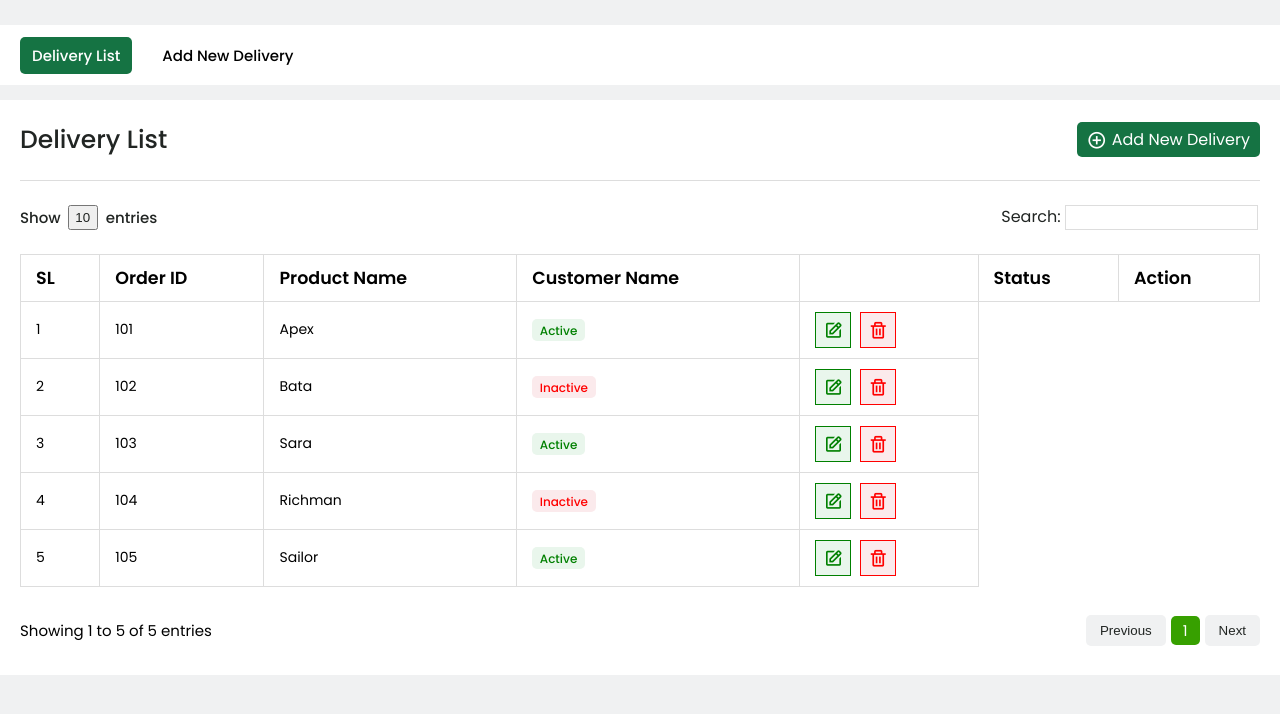
Repository: codebyaddro/delivery-page
Page: delivery.html
An editor plug-in stored every save of this project. The page is shown before and after a run of saves, followed by the edit.
The browser window is 1280 px wide. The pictures show the whole page.

Above is the page before, as saved 2025-02-27 13:52:08.

### delivery.html
<!DOCTYPE html>
<html lang="en">
<head>
    <meta charset="UTF-8">
    <meta name="viewport" content="width=device-width, initial-scale=1.0">
    <link rel="stylesheet" href="/delivery.css">
    <link href='https://unpkg.com/boxicons@2.1.4/css/boxicons.min.css' rel='stylesheet'>
    <title>Document</title>
</head>
<body>
    <div class="brand-container">
        <div class="top-menus">
            <ul>
                <li><a href="/index.html" class="active-menu">Delivery List</a></li>
                <li><a href="/inner-page/html/anb.html" class="light-up">Add New Delivery</a></li>
            </ul>
        </div>
        <div class="list-container">
            <div class="heading-add-new-btn">
                <div class="heading">
                    <h2>Delivery List</h2>
                </div>
                <div class="add-new-btn">
                    <i class='add-icon bx bx-plus-circle'></i>
                    <a href="/inner-page/html/anb.html">Add New Delivery</a>
                </div>
            </div>
            <div class="list-short-dpdwn-search-box">
                <div class="list-short-dpdwn">
                    <h3>Show</h3>
                    <select name="10" id="">
                        <option value="">10</option>
                        <option value="">20</option>
                        <option value="">30</option>
                        <option value="">All</option>
                    </select>
                    <h3>entries</h3>
                </div>
                <div class="search-box">
                    <legend>Search: <input type="text"></legend>
                </div>
            </div>
            <div class="table-list">
                <table>
                    <thead>
                        <tr>
                            <th title="SL">SL</th>
                            <th title="Code">Order ID</th>
                            <th title="Code">Product Name</th>
                            <th title="Code">Customer Name</th>
                            <th title="Category Name"></th>
                            <th title="Status">Status</th>
                            <th title="Action">Action</th>
                        </tr>
                    </thead>
                    <tbody>
                        <tr>
                            <td>1</td>
                            <td>101</td>
                            <td>Apex</td>
                            <td><span class="active">Active</span></td>
                            <td>
                                <a title="Edit" href="#"><i class='edit-icon bx bx-edit'></i></a>
                                <a title="Delete" href="#"><i class='delete-icon bx bx-trash'></i></a>
                            </td>
                        </tr>
                        <tr>
                            <td>2</td>
                            <td>102</td>
                            <td>Bata</td>
                            <td><span class="inactive">Inactive</span></td>
                            <td>
                                <a title="Edit" href="#"><i class='edit-icon bx bx-edit'></i></a>
                                <a title="Delete" href="#"><i class='delete-icon bx bx-trash'></i></a>
                            </td>
                        </tr>
                        <tr>
                            <td>3</td>
                            <td>103</td>
                            <td>Sara</td>
                            <td><span class="active">Active</span></td>
                            <td>
                                <a title="Edit" href="#"><i class='edit-icon bx bx-edit'></i></a>
                                <a title="Delete" href="#"><i class='delete-icon bx bx-trash'></i></a>
                            </td>
                        </tr>
                        <tr>
                            <td>4</td>
                            <td>104</td>
                            <td>Richman</td>
                            <td><span class="inactive">Inactive</span></td>
                            <td>
                                <a title="Edit" href="#"><i class='edit-icon bx bx-edit'></i></a>
                                <a title="Delete" href="#"><i class='delete-icon bx bx-trash'></i></a>
                            </td>
                        </tr>
                        <tr>
                            <td>5</td>
                            <td>105</td>
                            <td>Sailor</td>
                            <td><span class="active">Active</span></td>
                            <td>
                                <a title="Edit" href="#"><i class='edit-icon bx bx-edit'></i></a>
                                <a title="Delete" href="#"><i class='delete-icon bx bx-trash'></i></a>
                            </td>
                        </tr>
                    </tbody>
                </table>
            </div>
            <div class="entries-details-list-page-btn">
                <div class="entries-details">
                    Showing <span>1</span> to <span>5</span> of <span>5</span> entries
                </div>
                <div class="list-page-btn">
                    <button>Previous</button>
                    <h4><span>1</span></h4>
                    <button>Next</button>
                </div>
            </div>
        </div>
    </div>
</body>
</html>

### delivery.css
/* -- fonts -- */
@import url('https://fonts.googleapis.com/css2?family=Poppins:ital,wght@0,100;0,200;0,300;0,400;0,500;0,600;0,700;0,800;0,900;1,100;1,200;1,300;1,400;1,500;1,600;1,700;1,800;1,900&family=Raleway:ital,wght@0,100..900;1,100..900&family=Roboto:ital,wght@0,100;0,300;0,400;0,500;0,700;0,900;1,100;1,300;1,400;1,500;1,700;1,900&family=VT323&display=swap');

/* -- root -- */

:root {
    --gray-white: #F0F1F2;
    --white: #FFFFFF;
    --black: #000000;
    --gray-black: #DDDDDD;
    --light-black: #212523;
    --light-black-op: #21252350;
    --main-green: #157343;
    --main-light: #37A000;
    --light-orange: #FD7E14;
    --green: #008000;
    --light-green: #e9f6ec;
    --red: #FF0000;
    --light-red: #fbeaec;
}

/* ---------- */

* {
    box-sizing: border-box;
}

body {
    margin: 0;
    padding: 0;
    font-family: "Poppins", serif;
    background-color: var(--gray-white);
}

::selection {
    color: var(--white);
    background-color: var(--main-light);
}

/* -- category container style -- */

.brand-container {
    width: 100%;
    margin-top: 25px;
}

/* -- top menus style--  */

.top-menus {
    background-color: var(--white);
    display: flex;
    justify-content: left;
    align-items: center;
    height: 60px;
    margin-bottom: 15px;
}

.top-menus ul {
    list-style-type: none;
    display: flex;
    gap: 30px;
    margin-left: -20px;
}

.top-menus ul li a {
    text-decoration: none;
    color: var(--black);
    font-size: 15px;
    font-weight: 500;
}

/* -- active menu style -- */

.active-menu {
    color: var(--white)!important;
    background-color: var(--main-green);
    padding: 8px 12px;
    border-radius: 5px;
}

/* -- menu hover style -- */

.light-up:hover {
    color: var(--light-orange);
}

/* -- list container style -- */

.list-container {
    background-color: var(--white);
    padding: 0px 20px;
}

/* -- heading-add-new-btn style -- */

.heading-add-new-btn {
    display: flex;
    justify-content: space-between;
    align-items: center;
    border-bottom: 1px solid var(--gray-black) ;
}

.heading h2 {
    color: var(--light-black);
    font-size: 25px;
    font-weight: 500;
}

/* -- add-new-btn style -- */

.add-new-btn {
    display: flex;
    gap: 5px;
    justify-content: baseline;
    align-items: center;
}

.add-new-btn {
    background-color: var(--main-green);
    padding: 5px 10px;
    border-radius: 5px;
}

.add-new-btn a {
    color: var(--white);
    text-decoration: none;
}

.add-icon {
    color: var(--white);
    font-size: 20px;
}

/* -- list-short-dpdwn-search-box style -- */

.list-short-dpdwn-search-box {
    display: flex;
    justify-content: space-between;
    align-items: center;
    padding: 10px 0px;
}

/* -- list-short-dpdwn style -- */

.list-short-dpdwn {
    display: flex;
    gap: 7.5px;
    align-items: center;
}

.list-short-dpdwn h3 {
    color: var(--light-black);
    font-size: 15px;
    font-weight: 500;
}

.list-short-dpdwn select {
    color: var(--light-black);
    appearance: none;
    height: 25px;
    width: 30px;
    padding-left: 6px;
    outline: none;
    border-radius: 2.5px;
}

/* -- search-box style -- */

.search-box {
    display: flex;
    align-items: center;
}

.search-box legend {
    color: var(--light-black);
}

.search-box input {
    outline: none;
    height: 25px;
    width: 193px;
    border: 1px solid var(--gray-black);
}

/* -- table-list style --*/

table {
    border-collapse: collapse;
    width: 100%;
}

/* -- thead style -- */

thead {
    cursor: pointer;
}

th, td {
    border: 1px solid var(--gray-black);
    padding: 10px 15px;
}

thead tr th {
    font-size: 17.5px;
    font-weight: 600;
    text-align: left;
}

tbody tr td {
    font-size: 14px;
}

tbody tr:hover {
    background-color: var(--gray-white);
}

/* -- tbody style -- */

/* status style */

.active {
    color: var(--green);
    background-color: var(--light-green);
    font-size: 12px;
    font-weight: 500;
    padding: 2.5px 7.5px;
    border-radius: 5px;
}

.inactive {
    color: var(--red);
    background-color: var(--light-red);
    font-size: 12px;
    font-weight: 500;
    padding: 2.5px 7.5px;
    border-radius: 5px;
}

/* -- action style -- */

.edit-icon {
    color: var(--green);
    background-color: var(--light-green);
    padding: 7px 7px;
    margin-right: 2.5px;
    border: 1px solid var(--green);
    font-size: 20px;
}

.edit-icon:hover {
    background-color: var(--light-black-op);
}

.delete-icon {
    color: var(--red);
    background-color: var(--light-red);
    padding: 7px 7px;
    margin-left: 2.5px;
    border: 1px solid var(--red);
    font-size: 20px;
}

.delete-icon:hover {
    background-color: var(--light-black-op);
}

/* -- entries-details-list-page-btn style -- */

.entries-details-list-page-btn {
    display: flex;
    justify-content: space-between;
    align-items: center;
    padding: 10px 0px;
}

.entries-details {
    color: var(--black);
    font-size: 15px;
}

.list-page-btn {
    display: flex;
    gap: 5px;
    align-items: center;
}

.list-page-btn button {
    color: var(--light-black);
    background-color: var(--gray-white);
    padding: 8px 14px;
    border: none;
    border-radius: 5px;
    cursor: pointer;
}

.list-page-btn h4 {
    color: var(--white);
    background-color: var(--main-light);
    font-size: 15px;
    font-weight: 400;
    padding: 3px 12px;
    border-radius: 5px;
}

After the next 8 saves:
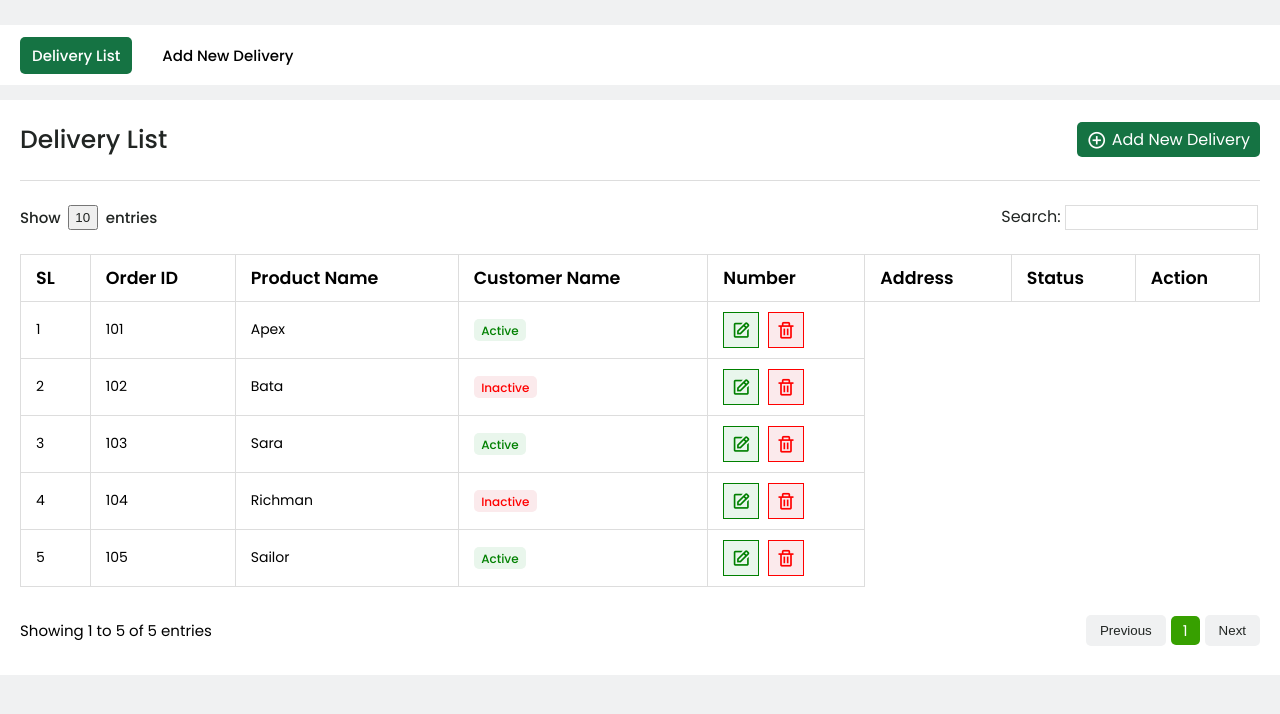
The 8 saves are shown as one change because they came seconds apart.
The last was saved 28 s later.
--- a/delivery.html
+++ b/delivery.html
@@ -48,7 +48,8 @@
                             <th title="Code">Order ID</th>
                             <th title="Code">Product Name</th>
                             <th title="Code">Customer Name</th>
-                            <th title="Category Name"></th>
+                            <th title="Category Name">Number</th>
+                            <th title="Category Name">Address</th>
                             <th title="Status">Status</th>
                             <th title="Action">Action</th>
                         </tr>
